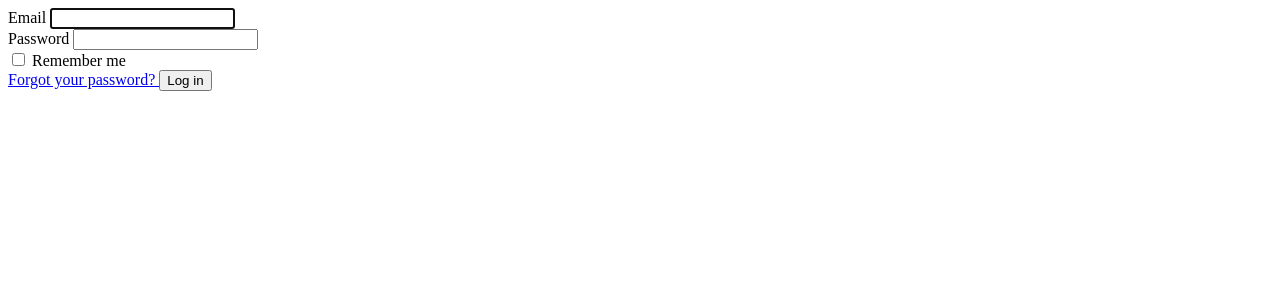
Repository: lookmanola/gestion_scolaire
Page: http://localhost/login
The author's editor kept a copy of each file at every save. The page is drawn from the files as they stood at one save, then again after the next save.
The browser window is 1280 px wide. The pictures show the whole page.
The page is served by the project's Laravel application, run on PHP 8.4 with Laravel 8.

Above is the page before, as saved 2021-10-15 10:16:31.

After the next save:
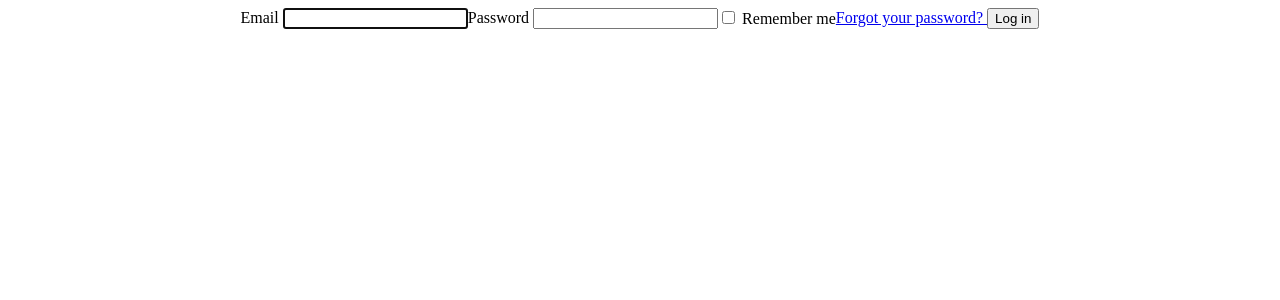
Saved 5 s later.
--- a/example-app/resources/views/auth/login.blade.php
+++ b/example-app/resources/views/auth/login.blade.php
@@ -12,7 +12,7 @@
 
         <form method="POST" action="{{ route('login') }}">
             @csrf
-            <div style="display: flex justify-content:center">
+            <div style="display: flex; justify-content:center">
 
                 <!-- Email Address -->
                 <div>
